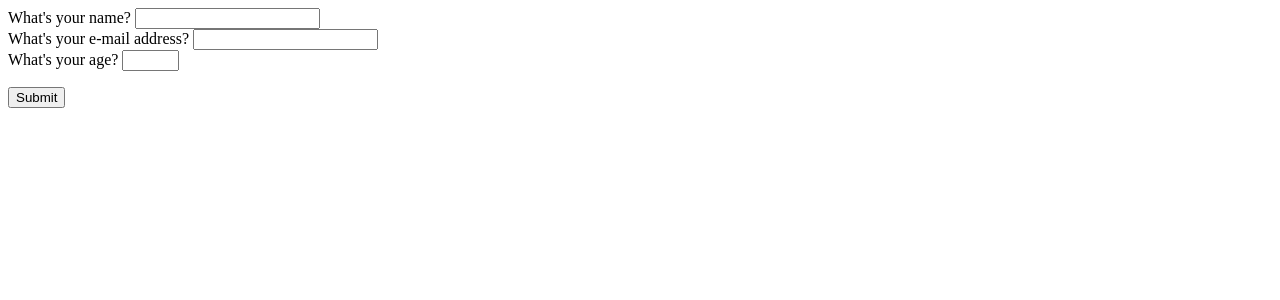
Repository: jpab/Communication-system-OSGi
Page: WABND/static/index.html
These files come from the project's save history. The page is drawn as it stood at one moment and after the next save; the edit follows.
The browser window is 1280 px wide. The pictures show the whole page.

Above is the page before, as saved 2013-04-15 16:53:25.

After the next save:
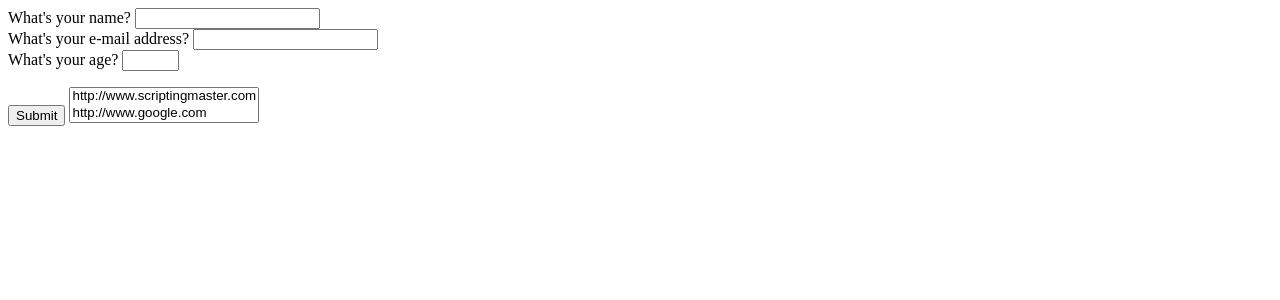
Saved 6 h 21 min later.
--- a/WABND/static/index.html
+++ b/WABND/static/index.html
@@ -6,6 +6,13 @@ What's your name? <INPUT TYPE=TEXT NAME=username SIZE=20><BR>
 What's your e-mail address? <INPUT TYPE=TEXT NAME=email SIZE=20><BR>
 What's your age? <INPUT TYPE=TEXT NAME=age SIZE=4>
 <P><INPUT TYPE=SUBMIT>
+<select name="FavWebSite" size="2">
+<option value="SM">http://www.scriptingmaster.com</option>
+<option value="Google">http://www.google.com</option>
+<option value="MSN">http://www.msn.com</option>
+<option value="yahoo">http://www.yahoo.com</option>
+<option value="microsoft">http://www.microsoft.com</option>
+</select>
 </FORM>
 </BODY>
 </HTML>
